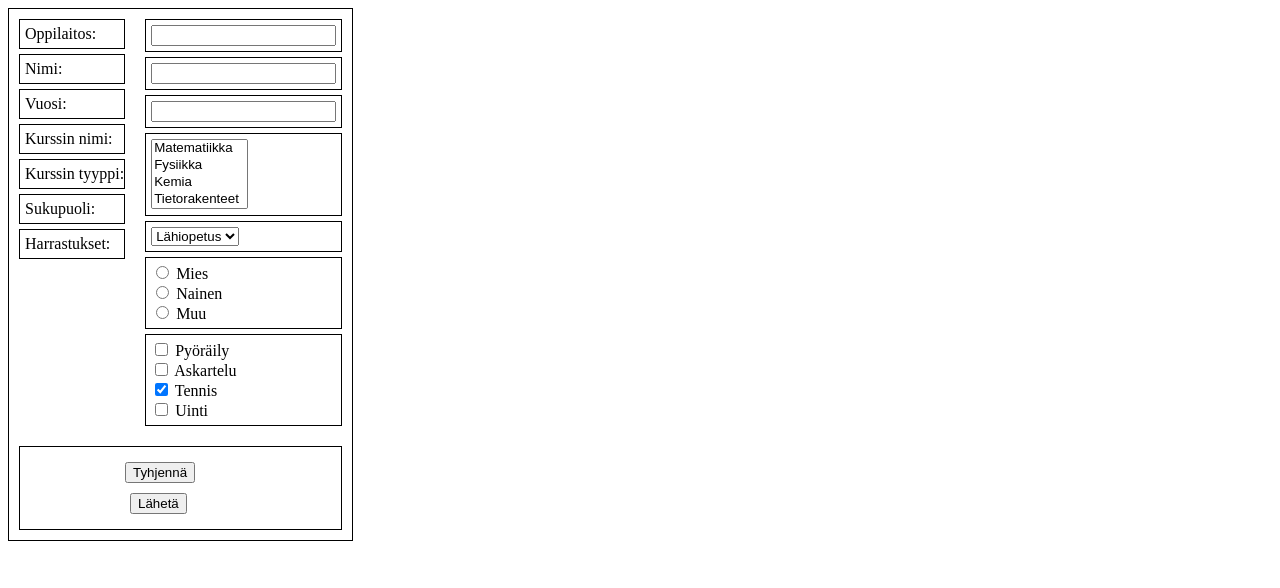
Repository: Niina-Maria/tehtavat-12-17-Niina-Maria2
Page: teht15.html
These files come from the project's save history. The page is drawn as it stood at one moment and after the next save; the edit follows.
The browser window is 1280 px wide. The pictures show the whole page.

Above is the page before, as saved 2024-11-20 12:43:07.

After the next save:
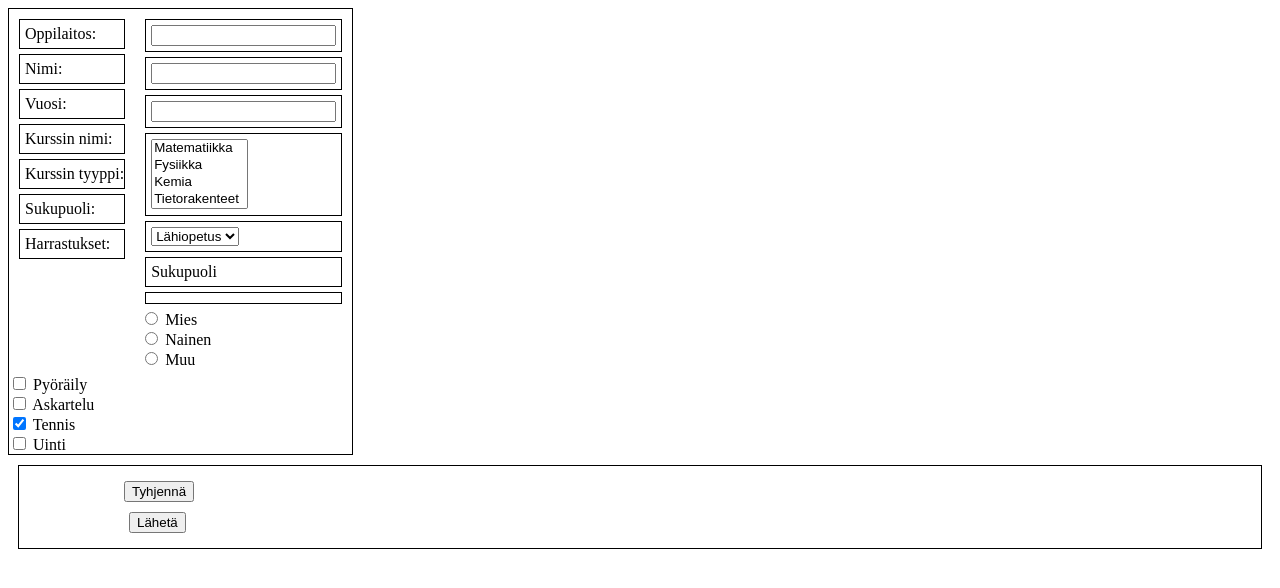
Saved 76 s later.
--- a/teht15.html
+++ b/teht15.html
@@ -40,7 +40,8 @@
                                     <option value="avoinamk">AvoinAMK</option>
                                 </select>
                             </div>
-                            <div >
+                            <div class="a a11">Sukupuoli</div>
+                            <div class="a a12"></div>
                                 <input type="radio" id="male" name="gender" value="male">
                                 <label class="sukup"for="male">Mies</label><br>
                                 <input type="radio" id="female" name="gender" value="female">
